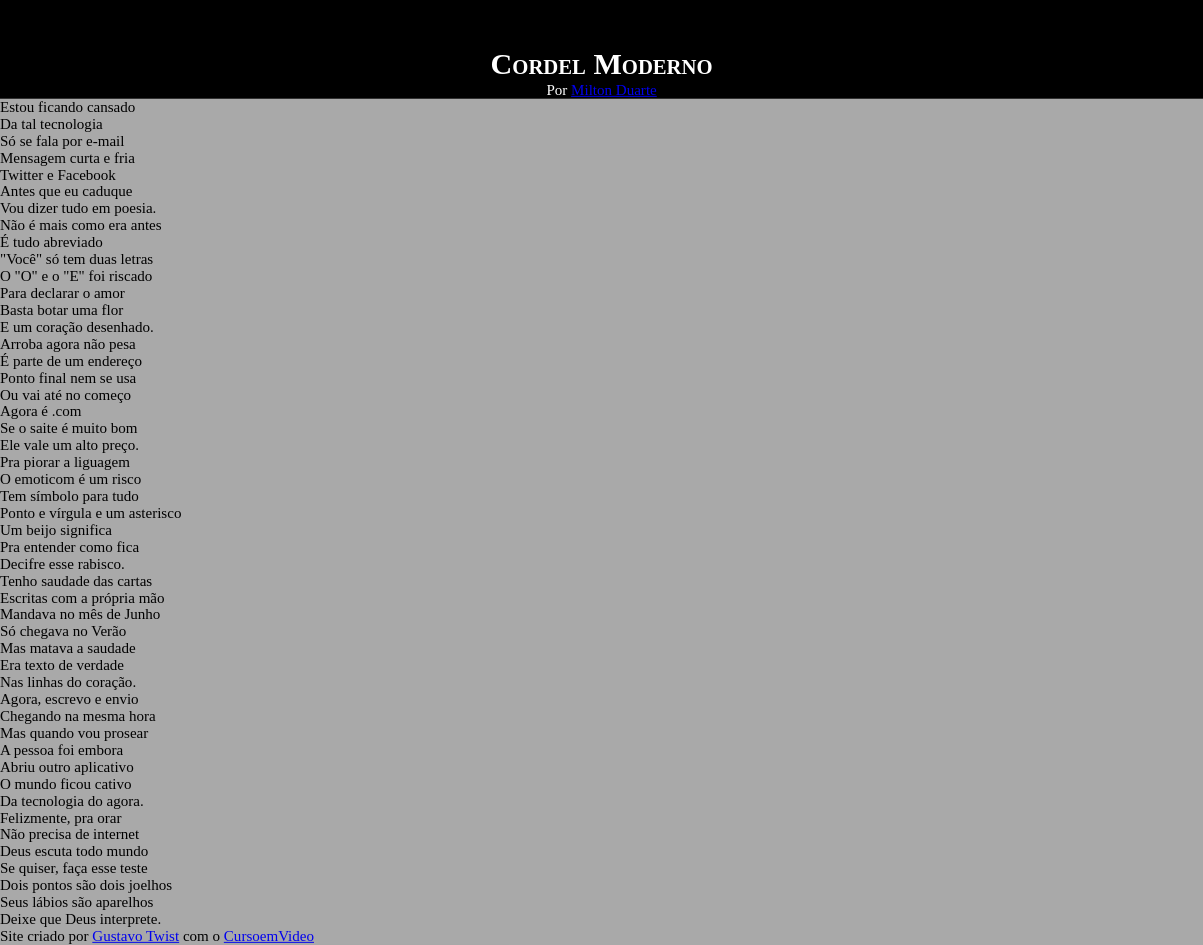
Repository: gustavotwist/projeto-cordel
Page: index.html
The author's editor kept a copy of each file at every save. The page is drawn from the files as they stood at one save, then again after a run of saves.
The browser window is 1280 px wide. The pictures show the whole page, at 94% of full size.

Above is the page before, as saved 2024-04-19 13:45:19.

### index.html
<!DOCTYPE html>
<html lang="pt-br">
<head>
    <meta charset="UTF-8">
    <meta name="viewport" content="width=device-width, initial-scale=1.0">
    <title>Cordel Moderno</title>
    <link rel="stylesheet" href="estilo/style.css">
</head>
<body>
    <header>
        <h1>
            Cordel Moderno
        </h1>
        <p>
            Por <a href="https://www.recantodasletras.com.br/poesias/3186743" target="_blank">Milton Duarte</a>
        </p>
    </header>

    <section class="normal">
        <p>
            Estou ficando cansado <br>
            Da tal tecnologia <br>
            Só se fala por e-mail <br>
            Mensagem curta e fria <br>
            Twitter e Facebook <br>
            Antes que eu caduque <br>
            Vou dizer tudo em poesia.
        </p>
    </section>

    <section class="imagem">
        <p>
            Não é mais como era antes <br>
            É tudo abreviado <br>
            "Você" só tem duas letras <br>
            O "O" e o "E" foi riscado <br>
            Para declarar o amor <br>
            Basta botar uma flor <br>
            E um coração desenhado.
        </p>
    </section>

    <section class="normal">
        <p>
            Arroba agora não pesa <br>
            É parte de um endereço <br>
            Ponto final nem se usa <br>
            Ou vai até no começo <br>
            Agora é .com <br>
            Se o saite é muito bom <br>
            Ele vale um alto preço. <br>
        </p>

        <p>
            Pra piorar a liguagem <br>
            O emoticom é um risco <br>
            Tem símbolo para tudo <br>
            Ponto e vírgula e um asterisco <br>
            Um beijo significa <br>
            Pra entender como fica <br>
            Decifre esse rabisco.
        </p>
    </section>

    <section class="imagem">
        <p>
            Tenho saudade das cartas <br>
            Escritas com a própria mão <br>
            Mandava no mês de Junho <br>
            Só chegava no Verão <br>
            Mas matava a saudade <br>
            Era texto de verdade <br>
            Nas linhas do coração.
        </p>
    </section>

    <section class="normal">
        <p>
            Agora, escrevo e envio <br>
            Chegando na mesma hora <br>
            Mas quando vou prosear <br>
            A pessoa foi embora <br>
            Abriu outro aplicativo <br>
            O mundo ficou cativo <br>
            Da tecnologia do agora.
        </p>


        <p>
            Felizmente, pra orar <br>
            Não precisa de internet <br>
            Deus escuta todo mundo <br>
            Se quiser, faça esse teste <br>
            Dois pontos são dois joelhos <br>
            Seus lábios são aparelhos <br>
            Deixe que Deus interprete.
        </p>
    </section>

    <footer>
        <p>Site criado por <a href="https://github.com/gustavotwist" target="_blank">Gustavo Twist</a> com o <a href="https://www.cursoemvideo.com" target="_blank">CursoemVideo</a></p>
    </footer>
</body>
</html>

### estilo/style.css
@charset "UTF-8";

* {
    margin: 0px;
    padding: 0px;
}

html, body {
    min-height: 100vh;
    background-color: darkgray;
}

header {
    background-color: black;
    color: white;
    text-align: center;
}

header > h1 {
    padding-top: 50px;
    font-variant: small-caps;
}

header > p {
    padding-bottom: ;
}

After the next 2 saves:
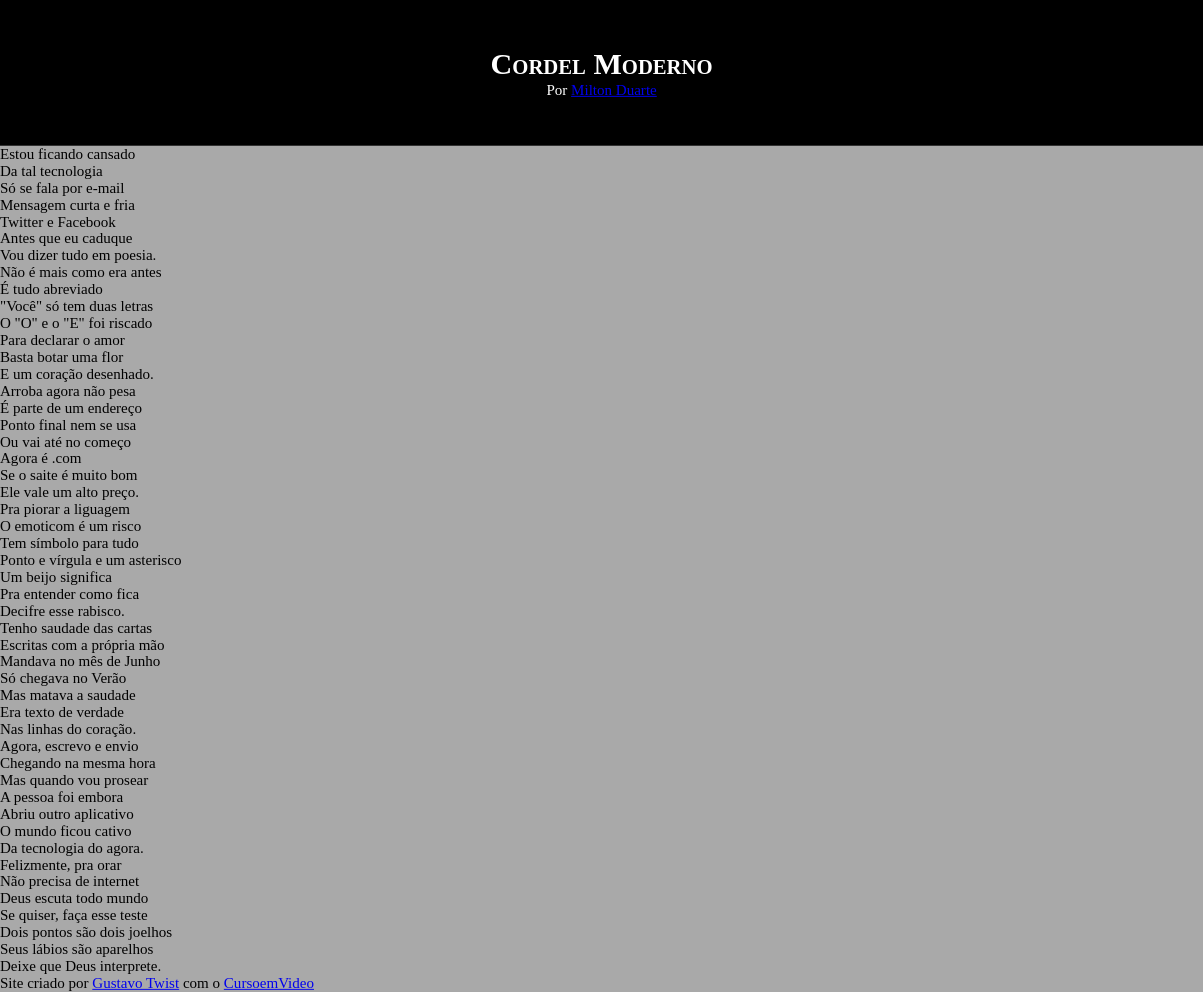
The 2 saves are shown as one change because they came seconds apart.
The last was saved 7 s later.
--- a/estilo/style.css
+++ b/estilo/style.css
@@ -22,5 +22,5 @@ header > h1 {
 }
 
 header > p {
-    padding-bottom: ;
+    padding-bottom: 50px;
 }
